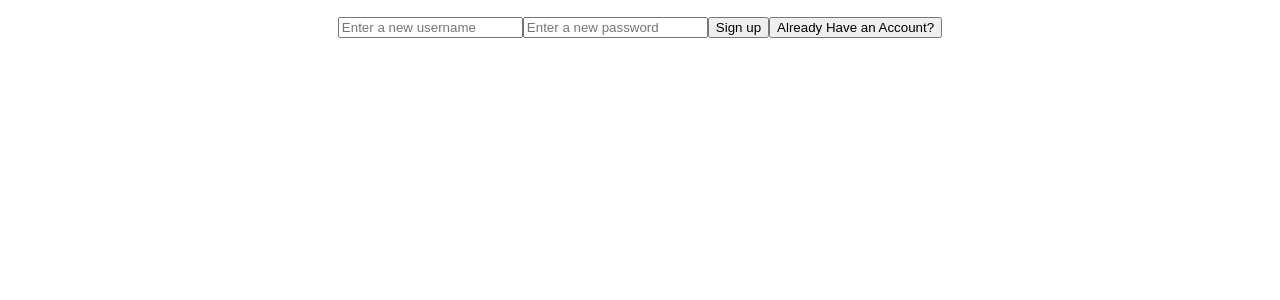
Repository: eka249/NatanProject
Page: /
These files come from the project's save history. The page is drawn as it stood at one moment and after the next save; the edit follows.
The browser window is 1280 px wide. The pictures show the whole page.
The project was rebuilt for these pictures with package versions that can differ from the ones it lists, and the page was loaded fresh each time.

Above is the page before, as saved 2020-03-12 08:05:35.

### src/App.js
import React from "react";
import logo from "./logo.svg";
import "./App.css";

import Home from "./Home";

function App() {
  return (
    <div className="App">
      <p>
        <Home />
      </p>
    </div>
  );
}

export default App;

### src/Home.js
import React, { Component } from "react";

class Home extends Component {
  render() {
    return (
      <form>
        <input type="text" placeholder="Enter a new username"></input>
        <input type="password" placeholder="Enter a new password"></input>
        <button>Sign up</button>
        {/* button routes to profile */}
        <button>Already Have an Account?</button>
        {/* button leads to signin */}
      </form>
    );
  }
}

export default Home;

Loaded but not shown: public/index.html (common file); src/index.js (common file); src/index.css (common file); src/serviceWorker.js (common file); src/App.css (common file)

After the next save:
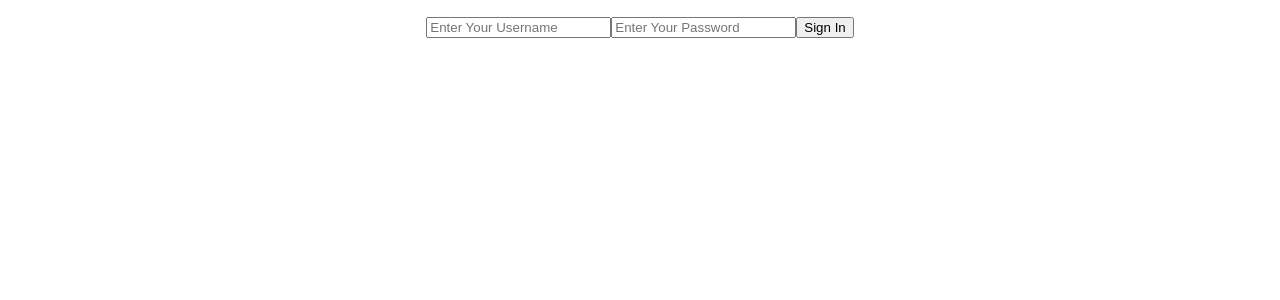
Saved 2 min 19 s later.
--- a/src/Home.js
+++ b/src/Home.js
@@ -4,12 +4,10 @@ class Home extends Component {
   render() {
     return (
       <form>
-        <input type="text" placeholder="Enter a new username"></input>
-        <input type="password" placeholder="Enter a new password"></input>
-        <button>Sign up</button>
+        <input type="text" placeholder="Enter Your Username"></input>
+        <input type="password" placeholder="Enter Your Password"></input>
+        <button>Sign In</button>
         {/* button routes to profile */}
-        <button>Already Have an Account?</button>
-        {/* button leads to signin */}
       </form>
     );
   }
